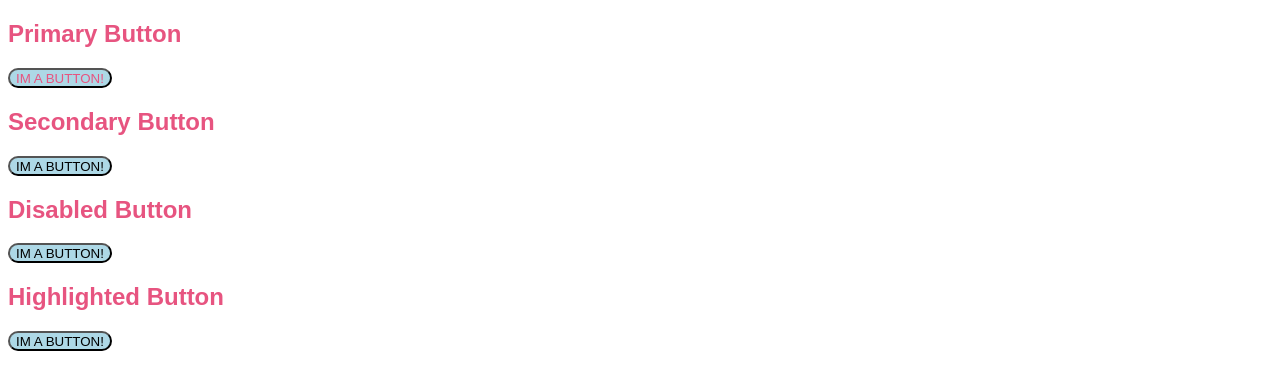
Repository: Jvien2/3126-repo
Page: index.html
These files come from the project's save history. The page is drawn as it stood at one moment and after the next save; the edit follows.
The browser window is 1280 px wide. The pictures show the whole page.

Above is the page before, as saved 2026-10-01 01:02:59.
Not found: code.js

After the next save:
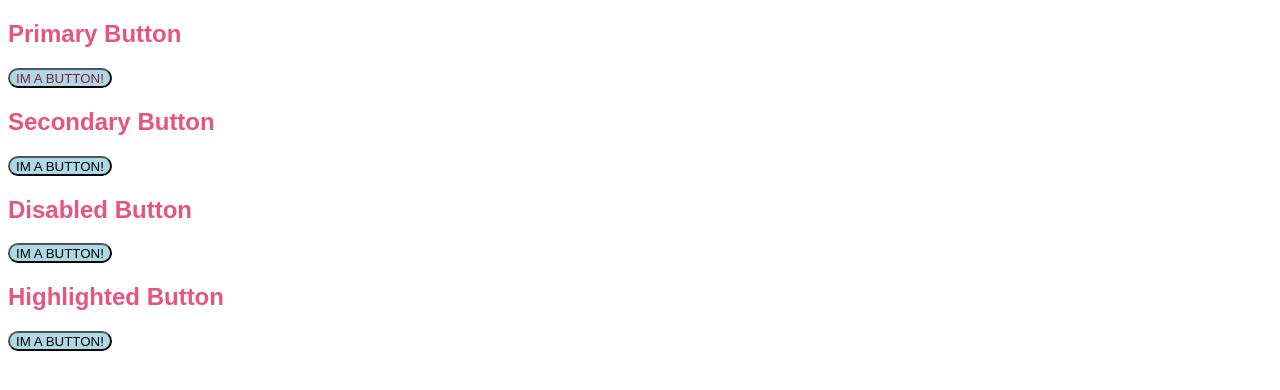
Saved 9 s later.
--- a/style.css
+++ b/style.css
@@ -11,5 +11,6 @@ h2 {
 }
 
 .btn-primary {
-    color:#e75480
+    color:#8c1d3e
+
 }
